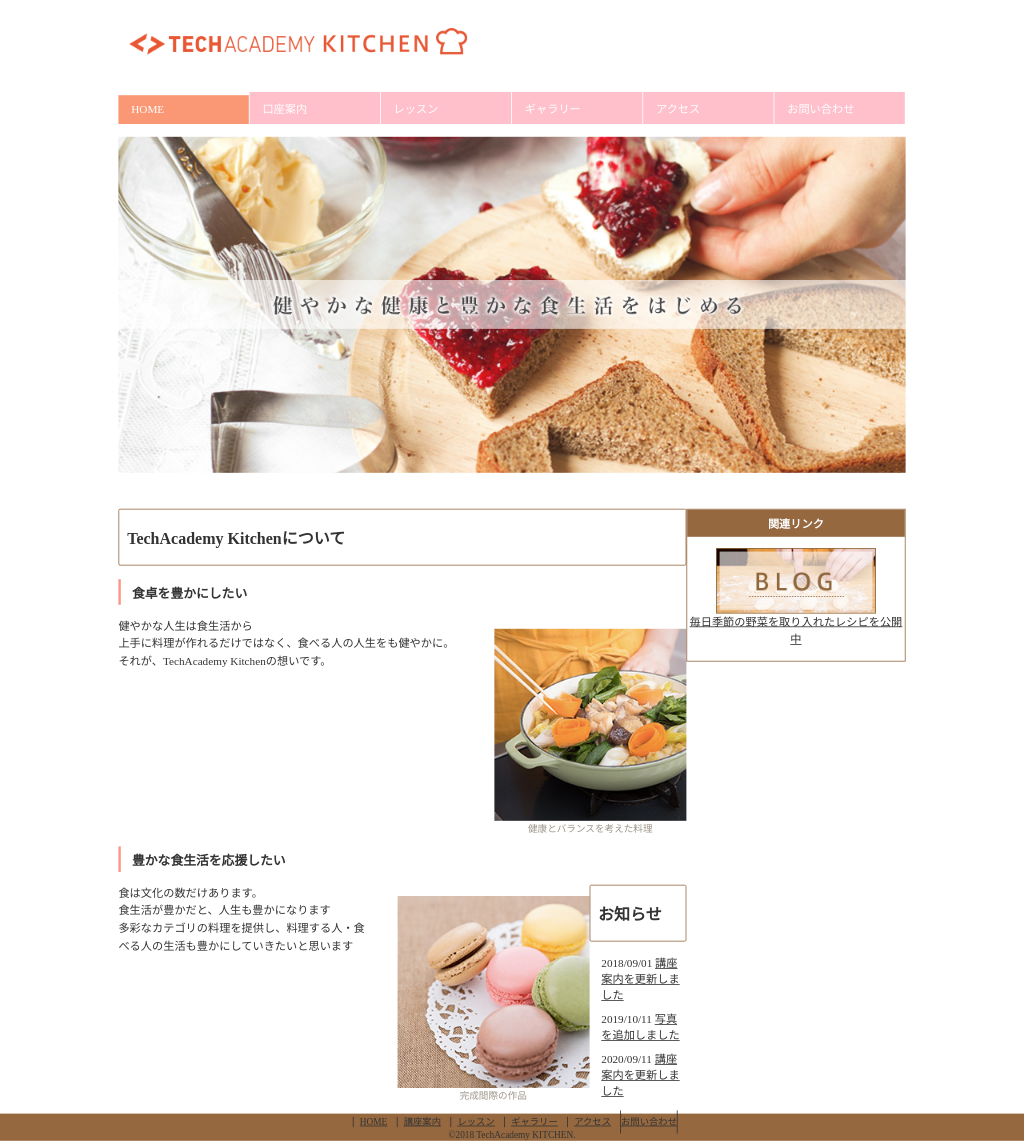
Repository: taekowithrowgit/backend
Page: environment/kitchen1.html
The author's editor kept a record of every edit. The page is drawn from the files as they stood at one moment, then again after the next edit.
The browser window is 1280 px wide. The pictures show the whole page, at 80% of full size.

Above is the page before.

After the next edit:
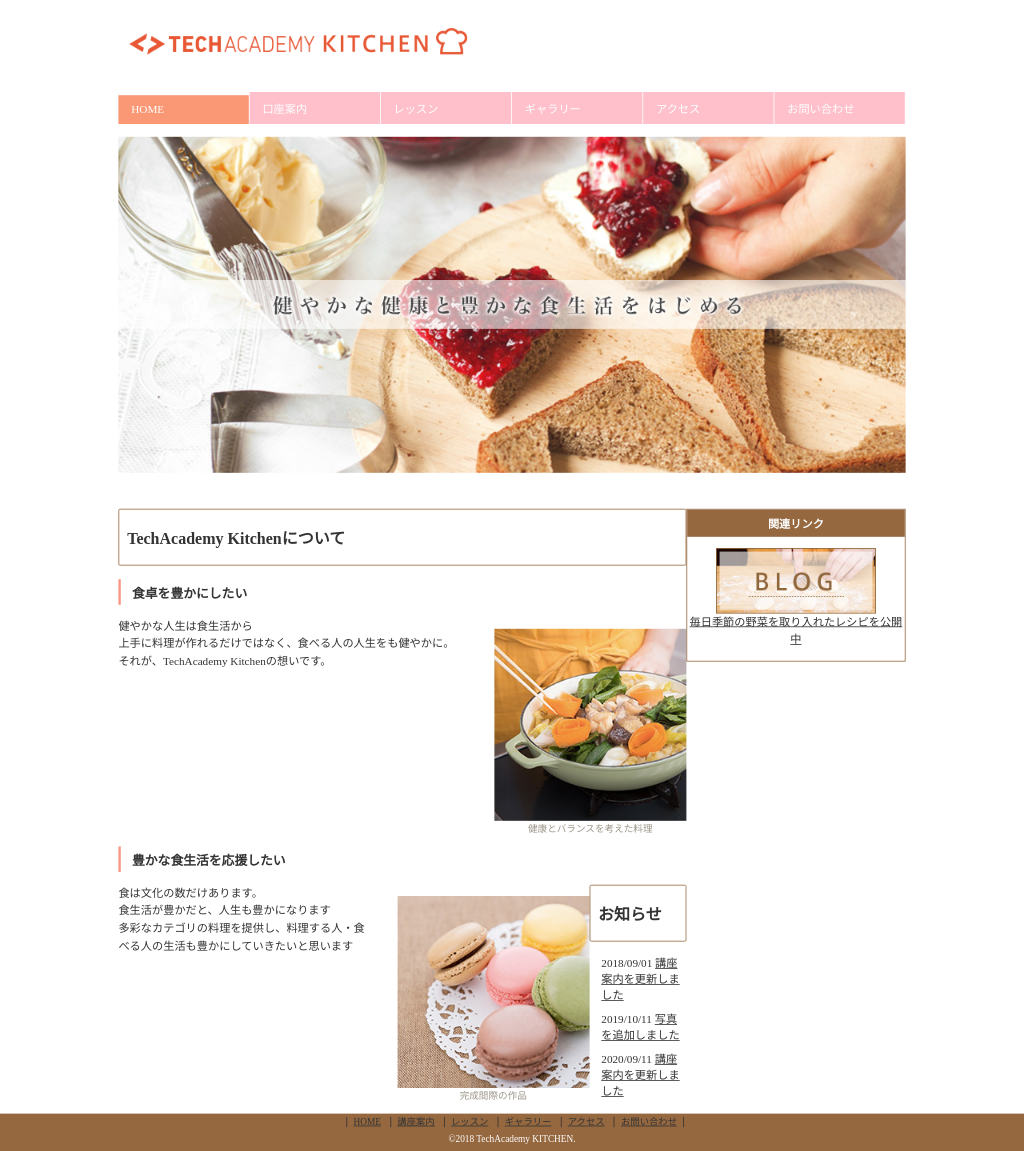
The edit:
--- a/environment/kitchen.css
+++ b/environment/kitchen.css
@@ -209,5 +209,12 @@
 
 footer #footer_navi li:last-child {
     border-right: solid 1px #333;
+    padding: 0 8px;
+}
+
+footer small{
+    display:block;
     padding: 8px 0;
-}
+    color: #fff;
+
+}
